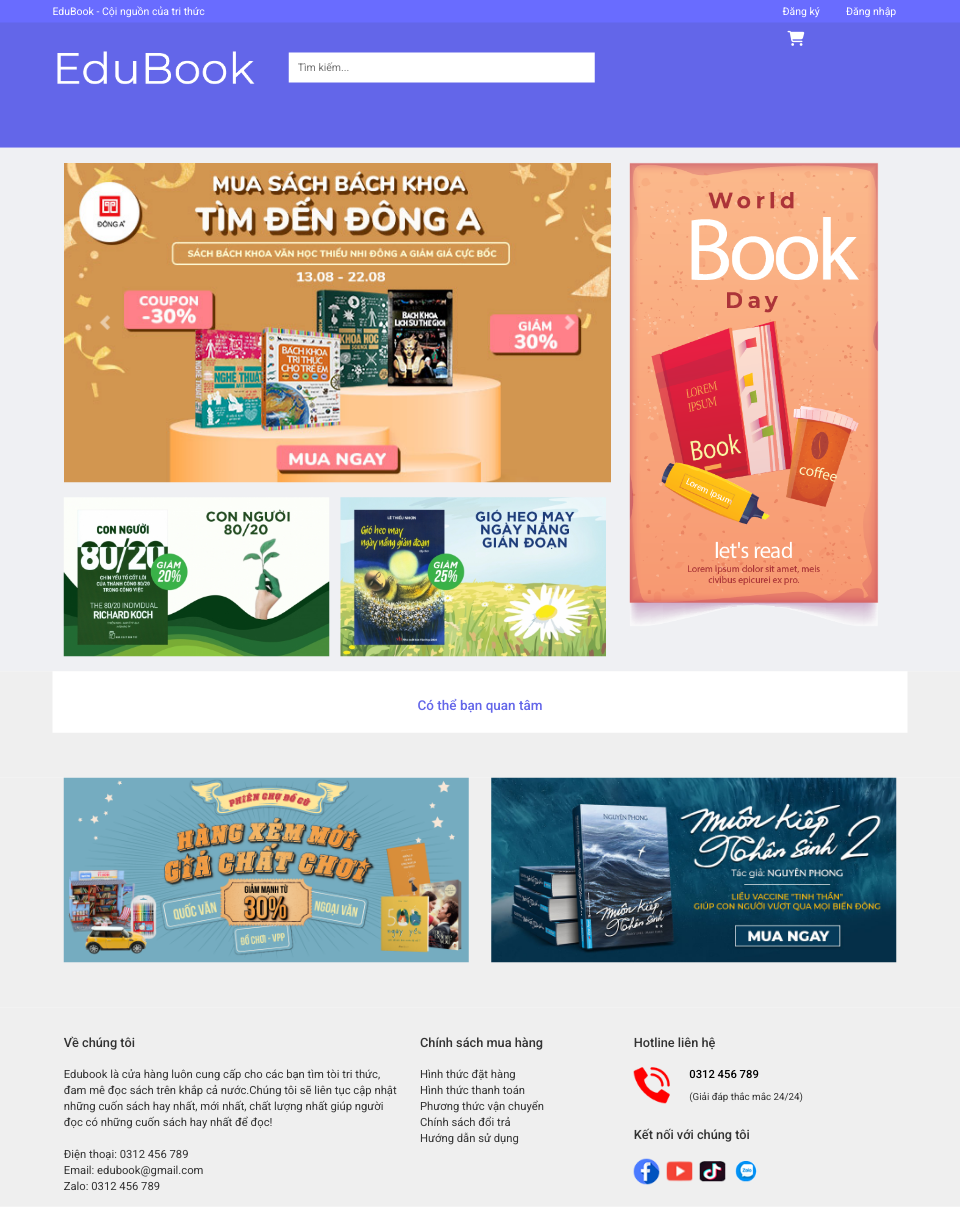
Repository: ThieuDV091002/BookShop
Page: http://localhost/index
The author's editor kept a copy of each file at every save. The page is drawn from the files as they stood at one save, then again after the next save.
The browser window is 1280 px wide. The pictures show the whole page, at 75% of full size.
Some web fonts or font styles are not loaded; a fallback is used. The page is this project's Thymeleaf template; nobody is signed in. The template is opened directly, without the code that normally fills it, so the values that code supplies are empty.

Above is the page before, as saved 2023-07-19 03:23:07.
Console error: TypeError: $(...).rating is not a function

### EduBookProject/EduBookWebparent/EduBookFrontEnd/src/main/resources/templates/index.html
<!DOCTYPE html>
<html xmlns:th="www.thymeleaf.org"
	xmlns:sec="https://www.thymeleaf.org/thymeleaf-extras-springsecurity5">
<head>
<meta charset="UTF-8">
<meta name="viewport" content="width=device-width, initial-scale=1.0">
<title>Trang chủ - EduBook</title>
<script th:src="@{js/jquery-3.3.1.js}"></script>
<script th:src="@{js/bootstrap.min.js}"></script>
<link th:href="@{css/datepicker3.css}" rel="stylesheet">
<script
	th:src="@{https://ajax.googleapis.com/ajax/libs/jquery/3.5.1/jquery.min.js}"></script>
<link th:href="@{/rating-star/css/star-rating.css}" media="all"
	rel="stylesheet" type="text/css" />
<script th:src="@{/rating-star/js/star-rating.js}"
	type="text/javascript"></script>
<link th:href="@{/rating-star/themes/krajee-svg/theme.css}" media="all"
	rel="stylesheet" type="text/css" />
<script th:src="@{/rating-star/themes/krajee-svg/theme.js}"></script>
<link rel="stylesheet" th:href="@{css/bootstrap.min.css}">
<link rel="stylesheet"
	th:href="@{https://maxcdn.bootstrapcdn.com/bootstrap/3.4.1/css/bootstrap.min.css}">
<script th:src="@{js/lumino.glyphs.js}"></script>

<link
	th:href="@{https://fonts.googleapis.com/css2?family=Roboto:ital,wght@0,300;0,400;0,500;0,700;1,300;1,400;1,500&display=swap}"
	rel="stylesheet">
<link rel="stylesheet" th:href="@{fontawesome/all.min.css}">
<link
	th:href="@{https://fonts.googleapis.com/css2?family=Paytone+One&display=swap}"
	rel="stylesheet">
<link rel="stylesheet" th:href="@{css/style.css}">
<link rel="stylesheet" th:href="@{css/home.css}">
</head>
<body>
	<div class="app">
		<header id="header">
			<div class="header__top">
				<div class="container">
					<section class="row flex">
						<div class="col-lg-5 col-md-0 col-sm-0 heade__top-left">
							<span>EduBook - Cội nguồn của tri thức</span>
						</div>

						<nav class="col-lg-7 col-md-0 col-sm-0 header__top-right">
							<ul class="header__top-list" sec:authorize="!isAuthenticated()">
								<li class="header__top-item"><a th:href="@{/register}"
									class="header__top-link">Đăng ký</a></li>
								<li class="header__top-item"><a th:href="@{/login}"
									class="header__top-link">Đăng nhập</a></li>
							</ul>
						</nav>
					</section>
				</div>
			</div>


			<div class="header__bottom">
				<div class="container">
					<section class="row">
						<div class="col-lg-3 col-md-4 col-sm-12 header__logo">
							<h1 class="header__heading">
								<a href="#" class="header__logo-link"> <img
									th:src="@{image/logo1.png}" alt="Logo" class="header__logo-img">
								</a>
							</h1>
						</div>

						<div class="col-lg-6 col-md-7 col-sm-0 header__search text-center"
							style="display: flex; justify-content: center; align-items: center;">
							<form class="col-lg-12 col-md-7 col-sm-0 header__search"
								th:action="@{/search}" method="get" id="myForm">
								<input type="search" name="keyword" class="header__search-input"
									th:value="${keyword}" placeholder="Tìm kiếm...">
							</form>
						</div>

						<a href="cart.html"
							class="col-lg-1 col-md-1 col-sm-0 header__cart">
							<div class="header__cart-icon-wrap">
								<a th:href="@{/cart}"> <span class="header__notice">0</span>
									<i class="fas fa-shopping-cart header__nav-cart-icon"></i>
								</a>
							</div>
						</a>
					</section>
				</div>
			</div>

			<div class="header__nav">
				<div class="container">
					<section class="row"></section>
				</div>
			</div>
		</header>

		<section class="menu-slide text-center">
			<div class="container">
				<th:block sec:authorize="isAuthenticated()">
					<form th:action="@{/logout}" method="post" th:hidden="true"
						name="LogoutForm">
						<input type="submit">
					</form>
				</th:block>
				<div class="row">
					<div class="slider col-lg-12 col-md-12 col-sm-0">
						<div class="row">
							<div class="slide__left col-lg-8 col-md-0 col-sm-0">
								<div id="carouselExampleIndicators" class="carousel slide"
									data-ride="carousel" data-interval="3000">
									<div class="carousel-inner">
										<div class="carousel-item active">
											<img th:src="@{image/363488_final1511.jpg}"
												class="d-block w-100" alt="...">
										</div>
										<div class="carousel-item">
											<img th:src="@{image/Gold_DongA_600X350.jpg}"
												class="d-block w-100" alt="...">
										</div>
										<div class="carousel-item">
											<img th:src="@{image/megabook-glod600X350.png}"
												class="d-block w-100" alt="...">
										</div>
									</div>
									<a class="carousel-control-prev"
										href="#carouselExampleIndicators" role="button"
										data-slide="prev"> <span
										class="carousel-control-prev-icon" aria-hidden="true"></span>
										<span class="sr-only">Previous</span>
									</a> <a class="carousel-control-next"
										href="#carouselExampleIndicators" role="button"
										data-slide="next"> <span
										class="carousel-control-next-icon" aria-hidden="true"></span>
										<span class="sr-only">Next</span>
									</a>
								</div>
								<div class="slide__left-bottom">
									<div class="slide__left-botom-one">
										<img th:src="@{image/363107_05.jpg}"
											class="slide__left-bottom-one-img">
									</div>
									<div class="slide__left-bottom-two">
										<img th:src="@{image/363104_06.jpg}"
											class="slide__left-bottom-tow-img">
									</div>
								</div>
							</div>

							<div class="slide__right col-lg-4 col-md-0 col-sm-0">
								<img th:src="@{image/slider-right.png}" class="slide__right-img">
							</div>
						</div>
					</div>
				</div>
			</div>
		</section>

		<section class="product__love">
			<div class="container">
				<div class="row bg-white">
					<div class="col-lg-12 col-md-12 col-sm-12 product__love-title">
						<h2 class="product__love-heading" style="text-align: center;">
							Có thể bạn quan tâm</h2>
					</div>
				</div>
				<div class="row bg-white">
					<div class="product__panel-item col-lg-2 col-md-3 col-sm-6"
						th:each="book : ${listBooks}" th:object="${book}">
						<div class="product__panel-img-wrap">
							<img th:if="${book.hinhanh == null}"
								th:src="@{/image/id467907-125.png}"
								style="width: 90%; height: 90%" class="product__panel-img">
							<img th:if="${book.hinhanh != null}"
								th:src="@{${book.bookPhotoPath}}" class="product__panel-img">
						</div>
						<h3 class="product__panel-heading">
							<a th:href="@{'/book-detail-' + ${book.IDsach}}"
								class="product__panel-link">[[${book.tensach}]]</a>
						</h3>

						<div class="product__panel-rate-wrap">
							<input type="text" class="book-detail-rating-star" dir="ltr"
								data-size="sm" th:value="${book.averageRating}">
						</div>

						<div class="product__panel-price">
							<span class="product__panel-price-current">
								[[${book.dongia}]] đ </span>
						</div>
					</div>
				</div>
			</div>
		</section>

		<section class="product__love">
			<div class="container">
				<div class="row bestselling__banner">
					<div class="bestselling__banner-left col-lg-6">
						<img th:src="@{image/920x420_phienchodocu.png}"
							alt="Banner quảng cáo" class="bestselling__banner-left-img">
					</div>
					<div class="bestselling__banner-right col-lg-6">
						<img th:src="@{image/muonkiepnhansinh_resize_920x420.jpg}"
							alt="Banner quảng cáo" class="bestselling__banner-right-img">
					</div>
				</div>
			</div>
		</section>

		<footer>
			<section class="footer__top">
				<div class="container">
					<div class="row">
						<article class="footer__top-intro col-lg-5 col-md-4 col-sm-6">
							<h4 class="footer__top-intro-heading">Về chúng tôi</h4>
							<div class="footer__top-intro-content">
								Edubook là cửa hàng luôn cung cấp cho các bạn tìm tòi tri thức,
								đam mê đọc sách trên khắp cả nước.Chúng tôi sẽ liên tục cập nhật
								những cuốn sách hay nhất, mới nhất, chất lượng nhất giúp người
								đọc có những cuốn sách hay nhất để đọc! <br> <br> Điện
								thoại: 0312 456 789 <br> Email: edubook@gmail.com <br>
								Zalo: 0312 456 789 <br>
							</div>
						</article>

						<article class="footer__top-policy col-lg-3 col-md-4 col-sm-6">
							<h4 class="footer__top-policy-heading">Chính sách mua hàng</h4>

							<ul class="footer__top-policy-list">
								<li class="footer__top-policy-item"><a href="#"
									class="footer__top-policy-link">Hình thức đặt hàng</a></li>
								<li class="footer__top-policy-item"><a href="#"
									class="footer__top-policy-link">Hình thức thanh toán</a></li>
								<li class="footer__top-policy-item"><a href="#"
									class="footer__top-policy-link">Phương thức vận chuyển</a></li>
								<li class="footer__top-policy-item"><a href="#"
									class="footer__top-policy-link">Chính sách đổi trả</a></li>
								<li class="footer__top-policy-item"><a href="#"
									class="footer__top-policy-link">Hướng dẫn sử dụng</a></li>
							</ul>
						</article>

						<article
							class="footer__top-contact-wrap col-lg-4 col-md-4 col-sm-6">
							<h4 class="footer__top-contact-heading">Hotline liên hệ</h4>

							<div class="footer__top-contact">
								<div class="footer__top-contact-icon">
									<img th:src="@{image/phone_top.png}"
										class="footer__top-contact-img">
								</div>

								<div class="footer__top-contact-phone-wrap">
									<div class="footer__top-contact-phone">0312 456 789</div>
									<div class="footer__top-contact-des">(Giải đáp thắc mắc
										24/24)</div>
								</div>
							</div>

							<h4 class="footer__top-contact-heading">Kết nối với chúng
								tôi</h4>

							<div class="footer__top-contact-social">
								<a href="#" class="footer__top-contact-social-link"> <img
									th:src="@{image/facebook.png}">
								</a> <a href="#" class="footer__top-contact-social-link"> <img
									th:src="@{image/youtube.png}">
								</a> <a href="#" class="footer__top-contact-social-link"> <img
									th:src="@{image/tiktok.png}">
								</a> <a href="#" class="footer__top-contact-social-link"> <img
									th:src="@{image/zalo.png}">
								</a>
							</div>
						</article>
					</div>
				</div>
			</section>
		</footer>
	</div>
	<script th:src="@{js/jquery-1.11.1.min.js}"></script>
	<script th:src="@{js/jq.js}"></script>
	<script th:src="@{js/index.js}"></script>
	<script type="text/javascript">
	    $(document).ready(function() {
	        $("#logoutLink").on("click", function(e) {
	            e.preventDefault();
	            $("form[name='LogoutForm']").submit();
	        });

	        $('#myForm input[type="search"]').keypress(function (event) {
					if (event.which === 13) {
						event.preventDefault();
						$('#myForm').submit();
					}
				});
	    });
	</script>
	<script type="text/javascript">
		$(".book-detail-rating-star").rating({
	  		displayOnly: true,
	  		hoverOnClera: false,
	  		showCaption: false,
	  		theme: 'krajee-svg'
	  	})
	</script>
</body>
</html>

### EduBookProject/EduBookWebparent/EduBookFrontEnd/src/main/resources/static/rating-star/themes/krajee-svg/theme.css
/*!
 * Krajee SVG Theme styling for bootstrap-star-rating.
 * This file must be loaded after 'star-rating.css'.
 *
 * bootstrap-star-rating v4.1.3
 * http://plugins.krajee.com/star-rating
 *
 * Author: Kartik Visweswaran
 * Copyright: 2013 - 2021, Kartik Visweswaran, Krajee.com
 *
 * Licensed under the BSD 3-Clause
 * https://github.com/kartik-v/bootstrap-star-rating/blob/master/LICENSE.md
 */
.theme-krajee-svg .krajee-icon,
.theme-krajee-svg .krajee-icon-clear {
    display: inline-block;
    width: 2rem;
    height: 2rem;
    -webkit-background-size: cover;
    -moz-background-size: cover;
    -o-background-size: cover;
    background-size: cover;
}

.theme-krajee-svg .clear-rating,
.theme-krajee-svg .rating-stars {
    font-size: 5px;
}

.theme-krajee-svg .krajee-icon-clear {
    background-image: url('data:[embedded picture, 747 characters]');
}

.theme-krajee-svg .filled-stars .krajee-icon-star {
    background-image: url('data:[embedded picture, 447 characters]');
}

.theme-krajee-svg.rating-xl .krajee-icon,
.theme-krajee-svg.rating-xl .krajee-icon-clear {
    width: 3rem;
    height: 3rem;
}

.theme-krajee-svg.rating-lg .krajee-icon,
.theme-krajee-svg.rating-lg .krajee-icon-clear {
    width: 2.5rem;
    height: 2.5rem;
}

.theme-krajee-svg.rating-md .krajee-icon,
.theme-krajee-svg.rating-md .krajee-icon-clear {
    width: 2rem;
    height: 2rem;
}

.theme-krajee-svg.rating-sm .krajee-icon,
.theme-krajee-svg.rating-sm .krajee-icon-clear {
    width: 1.5rem;
    height: 1.5rem;
}

.theme-krajee-svg.rating-xs .krajee-icon,
.theme-krajee-svg.rating-xs .krajee-icon-clear {
    width: 1rem;
    height: 1rem;
}

.theme-krajee-svg .krajee-icon-clear:hover {
    background-image: url('data:[embedded picture, 753 characters]');
}

.theme-krajee-svg .empty-stars .krajee-icon-star {
    background-image: url('data:[embedded picture, 447 characters]');
}

.theme-krajee-svg .filled-stars .krajee-icon-heart {
    background-image: url('data:[embedded picture, 621 characters]');
}

.theme-krajee-svg .empty-stars .krajee-icon-heart {
    background-image: url('data:[embedded picture, 621 characters]');
}

.theme-krajee-svg.rating-rtl.is-heart .filled-stars {
    right: 0.02em;
}

.theme-krajee-svg.rating-rtl.is-heart .empty-stars {
    margin-right: 0.01em;
}

Loaded but not shown: EduBookProject/EduBookWebparent/EduBookFrontEnd/src/main/resources/static/js/jquery-3.3.1.js (library); EduBookProject/EduBookWebparent/EduBookFrontEnd/src/main/resources/static/js/bootstrap.min.js (library); EduBookProject/EduBookWebparent/EduBookFrontEnd/src/main/resources/static/css/bootstrap.min.css (library); EduBookProject/EduBookWebparent/EduBookFrontEnd/src/main/resources/static/js/lumino.glyphs.js (library); EduBookProject/EduBookWebparent/EduBookFrontEnd/src/main/resources/static/fontawesome/all.min.css (library); EduBookProject/EduBookWebparent/EduBookFrontEnd/src/main/resources/static/js/jquery-1.11.1.min.js (library); EduBookProject/EduBookWebparent/EduBookFrontEnd/src/main/resources/static/rating-star/js/star-rating.js (708 lines, source omitted); EduBookProject/EduBookWebparent/EduBookFrontEnd/src/main/resources/static/js/jq.js (51 lines, source omitted); EduBookProject/EduBookWebparent/EduBookFrontEnd/src/main/resources/static/rating-star/themes/krajee-svg/theme.js (30 lines, source omitted); EduBookProject/EduBookWebparent/EduBookFrontEnd/src/main/resources/static/js/index.js (26 lines, source omitted); EduBookProject/EduBookWebparent/EduBookFrontEnd/src/main/resources/static/css/datepicker3.css (792 lines, source omitted); EduBookProject/EduBookWebparent/EduBookFrontEnd/src/main/resources/static/css/home.css (832 lines, source omitted); EduBookProject/EduBookWebparent/EduBookFrontEnd/src/main/resources/static/css/style.css (462 lines, source omitted); EduBookProject/EduBookWebparent/EduBookFrontEnd/src/main/resources/static/rating-star/css/star-rating.css (251 lines, source omitted)

After the next save:
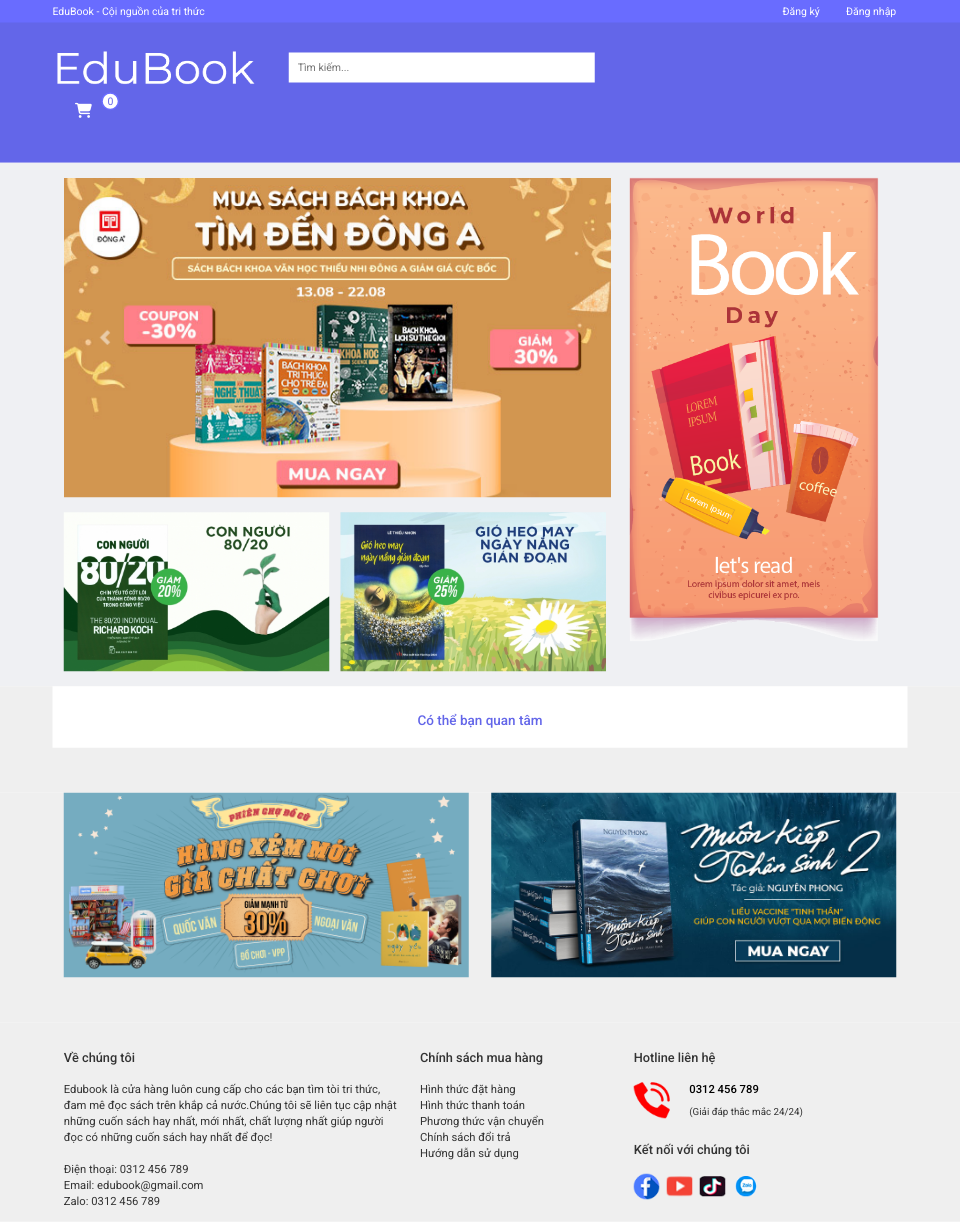
Saved 84 s later.
--- a/EduBookProject/EduBookWebparent/EduBookFrontEnd/src/main/resources/templates/index.html
+++ b/EduBookProject/EduBookWebparent/EduBookFrontEnd/src/main/resources/templates/index.html
@@ -74,6 +74,30 @@
 									th:value="${keyword}" placeholder="Tìm kiếm...">
 							</form>
 						</div>
+
+						<div class="col-lg-2 col-md-0 col-sm-0 header__call">
+	                        <div class="header__call-info">
+	                            <div class="header__call-text">
+	                                <ul class="user-menu" sec:authorize="isAuthenticated()">
+				                        <li class="dropdown pull-right"><a href=""
+				                            class="dropdown-toggle" data-toggle="dropdown"
+				                            sec:authentication="principal.hoten"><svg
+				                                    class="glyph stroked male-user">
+				                                    <use xlink:href="#stroked-male-user"></use></svg><span
+				                                class="caret"></span></a>
+				                            <ul class="dropdown-menu" role="menu">
+				                                <li><a th:href="@{/customer-update}">Thông tin tài
+				                                        khoản</a></li>
+				                                <li><a th:href="@{/order}">Đơn hàng</a></li>
+				                                <li><a th:href="@{/review}">Đánh giá</a></li>
+				                                <li><a th:href="@{/request}">Khiếu nại</a></li>
+				                                <li><a th:href="@{/address_book}">Địa chỉ</a></li>
+				                                <li><a id="logoutLink" href="">Đăng xuất</a></li>
+				                            </ul></li>
+				                    </ul>
+	                            </div>
+	                        </div>
+	                    </div>
 
 						<a href="cart.html"
 							class="col-lg-1 col-md-1 col-sm-0 header__cart">

After the save that followed:
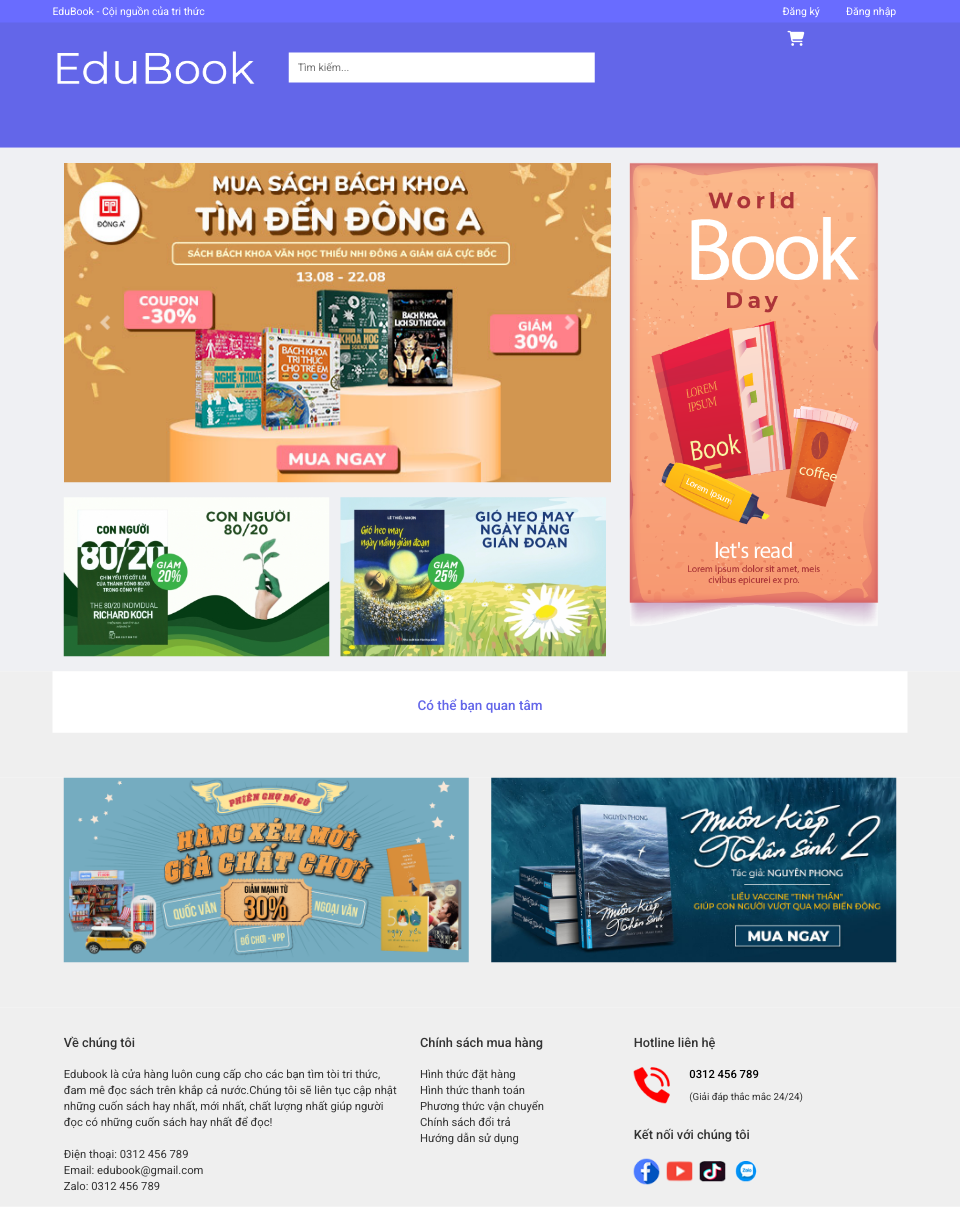
Saved 83 s later.
--- a/EduBookProject/EduBookWebparent/EduBookFrontEnd/src/main/resources/templates/index.html
+++ b/EduBookProject/EduBookWebparent/EduBookFrontEnd/src/main/resources/templates/index.html
@@ -74,30 +74,6 @@
 									th:value="${keyword}" placeholder="Tìm kiếm...">
 							</form>
 						</div>
-
-						<div class="col-lg-2 col-md-0 col-sm-0 header__call">
-	                        <div class="header__call-info">
-	                            <div class="header__call-text">
-	                                <ul class="user-menu" sec:authorize="isAuthenticated()">
-				                        <li class="dropdown pull-right"><a href=""
-				                            class="dropdown-toggle" data-toggle="dropdown"
-				                            sec:authentication="principal.hoten"><svg
-				                                    class="glyph stroked male-user">
-				                                    <use xlink:href="#stroked-male-user"></use></svg><span
-				                                class="caret"></span></a>
-				                            <ul class="dropdown-menu" role="menu">
-				                                <li><a th:href="@{/customer-update}">Thông tin tài
-				                                        khoản</a></li>
-				                                <li><a th:href="@{/order}">Đơn hàng</a></li>
-				                                <li><a th:href="@{/review}">Đánh giá</a></li>
-				                                <li><a th:href="@{/request}">Khiếu nại</a></li>
-				                                <li><a th:href="@{/address_book}">Địa chỉ</a></li>
-				                                <li><a id="logoutLink" href="">Đăng xuất</a></li>
-				                            </ul></li>
-				                    </ul>
-	                            </div>
-	                        </div>
-	                    </div>
 
 						<a href="cart.html"
 							class="col-lg-1 col-md-1 col-sm-0 header__cart">
